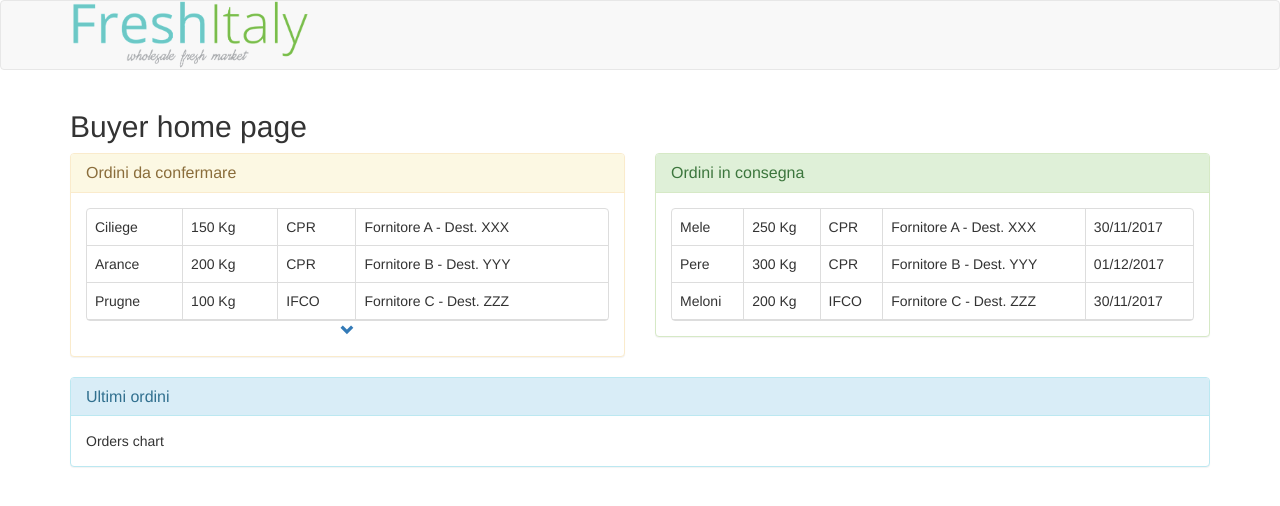
Repository: edikapllani/freshitaly
Page: http://localhost/buyer/home
An editor plug-in stored every save of this project. The page is shown before and after the next save, followed by the edit.
The browser window is 1280 px wide. The pictures show the whole page.
After loading, the first visible `a` was clicked once.
The page is this project's Thymeleaf template; nobody is signed in. The template is opened directly, without the code that normally fills it, so the values that code supplies are empty.

Above is the page before, as saved 2017-11-28 16:00:45.

After the next save:
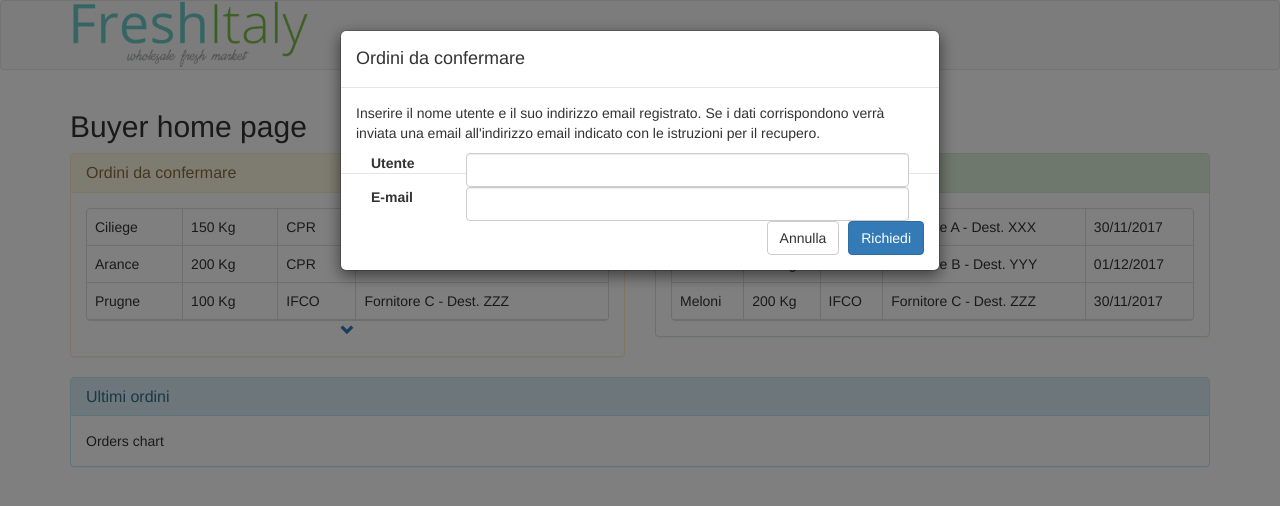
Saved 114 s later.
--- a/FreshItalyWeb/src/main/resources/templates/buyer/home.html
+++ b/FreshItalyWeb/src/main/resources/templates/buyer/home.html
@@ -107,17 +107,7 @@
 				</h4>
 			</div>
 			<div class="modal-body">
-				<div id="requestOk" class="alert alert-success" role="alert">
-					<div class="text-center">
-						<label class="block">Mail inviata con successo</label>
-					</div>
-				</div>
 				<div id="containerBody">
-					<div id="requestError" class="alert alert-danger" role="alert">
-						<div class="text-center">
-							<label class="block">Username e/o email non sono corretti</label>
-						</div>
-					</div>
 					<p>
 						Inserire il nome utente e il suo indirizzo email registrato. Se i dati corrispondono verr&agrave; inviata una email all'indirizzo email indicato con le istruzioni per il recupero.
 					</p>
@@ -198,10 +188,7 @@
     });
 
     function openOrdersToConfirmDlg() {
-    	//$("#formConfirmRequest").validate().resetForm();
-    	$("#requestError").hide();
-    	$('#modalForgotPwd').modal('show');
-    	$("#requestOk").hide();
+    	$('#modalOrdersToConfirm').modal('show');
     }
 
 	//populateSelect('http://localhost:8889/test', '#testselect1', null);
